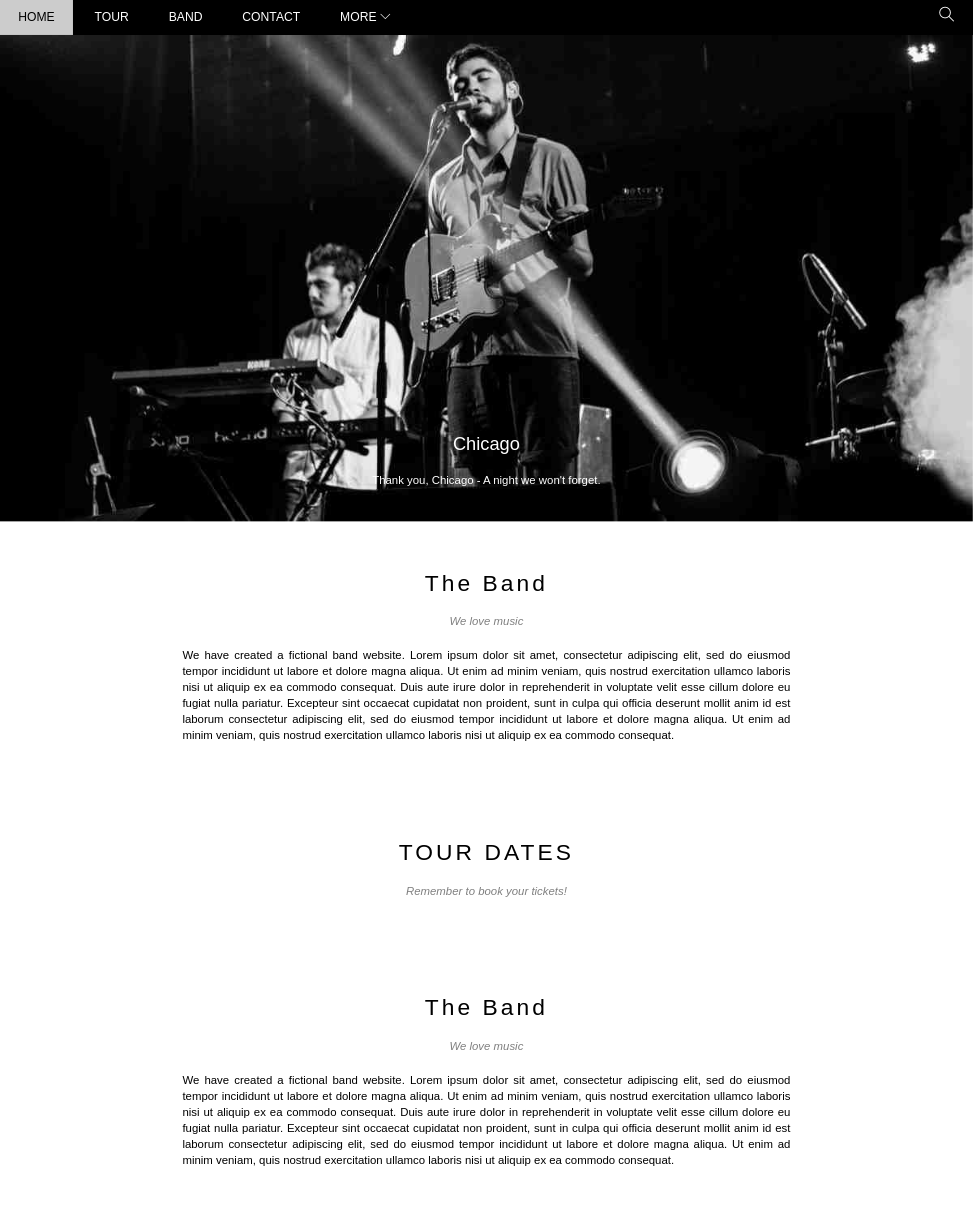
Repository: ducvui2003/LTCB
Page: index.html
The author's editor kept a copy of each file at every save. The page is drawn from the files as they stood at one save, then again after the next save.
The browser window is 1280 px wide. The pictures show the whole page, at 76% of full size.

Above is the page before, as saved 2022-01-07 19:33:31.

### index.html
<!DOCTYPE html>
<html lang="en">

<head>
    <meta charset="UTF-8">
    <meta http-equiv="X-UA-Compatible" content="IE=edge">
    <meta name="viewport" content="width=device-width, initial-scale=1.0">
    <title>The Band W3_School</title>
    <link rel="stylesheet" href="./assest/Css/styles.css">
    <link rel="stylesheet" href="./assest/Fonts/themify-icons-font (1)/themify-icons/themify-icons.css">
</head>

<body>
    <div id="main">
        <!-- Begin: Header -->
        <div id="header">
            <!-- Begin: Nav -->
            <ul id="nav">
                <li>
                    <a href="">Home</a>
                </li>
                <li>
                    <a href="">Tour</a>
                </li>
                <li>
                    <a href="">Band</a>
                </li>
                <li>
                    <a href="">Contact</a>
                </li>
                <li>
                    <a href="">
                      More
                      <!-- icons -->
                      <i class="nav-arrow-down ti-angle-down"></i>
                    </a>
                    <ul class="subnav">
                        <li>
                            <a href="">Merchandise</a>
                        </li>
                        <li>
                            <a href="">Extras</a>
                        </li>
                        <li>
                            <a href="">Media</a>
                        </li>
                    </ul>
                </li>
            </ul>
            <!-- End: Nav -->
            <!-- Begin: Search button -->
            <div class="search-button">
                <i class="search-icon ti-search"></i>
            </div>
            <!-- End: Search button -->
        </div>
        <!-- End: Header -->

        <!-- Begin: Slides -->
        <div id="slides">
            <div class="text-content">
                <h2 class="text-heading">Chicago</h2>
                <div class="text-paragraph">Thank you, Chicago - A night we won't forget.
                </div>
            </div>
        </div>
        <!-- End: Slides -->

        <!-- Begin: Content -->
        <div id="content">

            <!-- About section -->
            <div class="content-section">
                <h1 class="section-heading">The Band</h1>
                <p class="section-sub-heading">We love music

                </p>
                <p class="content-text">We have created a fictional band website. Lorem ipsum dolor sit amet, consectetur adipiscing elit, sed do eiusmod tempor incididunt ut labore et dolore magna aliqua. Ut enim ad minim veniam, quis nostrud exercitation ullamco laboris nisi
                    ut aliquip ex ea commodo consequat. Duis aute irure dolor in reprehenderit in voluptate velit esse cillum dolore eu fugiat nulla pariatur. Excepteur sint occaecat cupidatat non proident, sunt in culpa qui officia deserunt mollit anim
                    id est laborum consectetur adipiscing elit, sed do eiusmod tempor incididunt ut labore et dolore magna aliqua. Ut enim ad minim veniam, quis nostrud exercitation ullamco laboris nisi ut aliquip ex ea commodo consequat.</p>
            </div>

            <!-- Contact section -->
            <div class="content-section">
                <h1 class="section-heading">TOUR DATES</h1>
                <p class="section-sub-heading">Remember to book your tickets! </p>
            </div>

            <div class="content-section">
                <h1 class="section-heading">The Band</h1>
                <p class="section-sub-heading">We love music

                </p>
                <p class="content-text">We have created a fictional band website. Lorem ipsum dolor sit amet, consectetur adipiscing elit, sed do eiusmod tempor incididunt ut labore et dolore magna aliqua. Ut enim ad minim veniam, quis nostrud exercitation ullamco laboris nisi
                    ut aliquip ex ea commodo consequat. Duis aute irure dolor in reprehenderit in voluptate velit esse cillum dolore eu fugiat nulla pariatur. Excepteur sint occaecat cupidatat non proident, sunt in culpa qui officia deserunt mollit anim
                    id est laborum consectetur adipiscing elit, sed do eiusmod tempor incididunt ut labore et dolore magna aliqua. Ut enim ad minim veniam, quis nostrud exercitation ullamco laboris nisi ut aliquip ex ea commodo consequat.</p>
            </div>

        </div>
        <!-- End: Content -->
        <div id="footer"></div>
    </div>
</body>

</html>

### assest/Css/styles.css
* {
    padding: 0;
    margin: 0;
    box-sizing: border-box;
}

html {
    font-family: Arial, Helvetica, sans-serif;
}

#main {}

#header {
    position: fixed;
    top: 0;
    right: 0;
    left: 0;
    /* fixed đang nổi lên nó sẽ nhường vị trí cho div slides tiếp theo */
    height: 46px;
    background-color: black;
    z-index: 1;
    /* dùng để thêm vào thẻ fixed nhằm đẩy block lên trên các block khác theo chiều cao, giá trị là 0, 1,... */
}

#nav {
    display: inline-block;
    /* display để thẻ nav chỉ dài đúng nội dung của nó thôi */
}

#nav,
.subnav {
    list-style: none;
}

#nav>li {
    display: inline-block;
}

#nav li {
    position: relative;
}

#nav>li>a {
    color: white;
    text-transform: uppercase;
    /* chinh chu thuong thanh hoa */
}

#nav li a {
    text-decoration: none;
    line-height: 46px;
    padding: 0 24px;
    display: block;
}

#nav li:hover .subnav {
    display: block;
}

#nav>li:hover>a,
#nav .subnav li:hover a {
    background-color: #ccc;
    color: black;
}

#nav li:hover a {
    /* line-height: 46px; */
}

#nav .subnav {
    display: none;
    position: absolute;
    top: 46px;
    background-color: #fff;
    box-shadow: 0 0 10px rgba(0, 0, 0, 0.3);
}

#nav .subnav li a {
    color: black;
    padding: 0 16px;
    line-height: 38px;
    width: 160px;
}

#nav .nav-arrow-down {
    font-size: 14px;
}

#header .search-button {
    float: right;
    /* thẻ search-button là thẻ div, có tính kế thừa chiều ngang, nên khi float vào sẽ vô hiệu hoá tính kế thừa chiều ngang đó */
    line-height: 46px;
    padding: 0 24px;
}

#header .search-button:hover {
    background-color: #f44336;
    cursor: pointer;
    /* Dùng để thay đổi con trỏ chuột khi di vào */
}

#header .search-icon {
    color: white;
    font-size: 20px;
}

#slides {
    /* min-height: 1000px; */
    /* background-color: pink; */
    margin-top: 46px;
    padding-top: 50%;
    /* 50% chieu ngang cua chinh the do */
    background: url('/assest/Img/Slide1.jpg') top center / cover no-repeat;
    /* shorthand */
    position: relative;
}

#slides .text-content {
    position: absolute;
    bottom: 46px;
    left: 50%;
    /* Cách lề trái 50% chiều ngang */
    transform: translateX(-50%);
    /* Dùng để lùi thẻ theo trục X 50% chiều dài -> Mục đích kết hợp vs transform để căn giữa block */
    color: white;
    text-align: center;
    /* Dùng để căn giữa content, ko dùng để căn block */
    /* cách 2: Thêm width: 100% */
    /* /* cách 3 left: 0 right: 0; */
}

#slides .text-heading {
    font-weight: 500;
    /* dùng để điều chỉnh lại độ dày của chữ, giá trị từ 100-1000  */
    font-size: 24px;
    margin-bottom: 25px;
}

#slides .text-paragraph {
    font-size: 15px;
}

#content {}

#content .content-section {
    width: 800px;
    padding: 64px 0;
    margin-left: auto;
    margin-right: auto;
}

#content .section-heading {
    font-size: 30px;
    font-weight: 500;
    text-align: center;
    letter-spacing: 4px;
}

#content .section-sub-heading {
    font-size: 15px;
    text-align: center;
    margin-top: 25px;
    font-style: italic;
    opacity: 0.5;
}

#content .content-text {
    font-size: 15px;
    margin-top: 25px;
    text-align: justify;
    /* Can deu van ban */
    line-height: 1.4;
    /* Khoang cach giua 2 hang chu */
}

#footer {}

Loaded but not shown: assest/Fonts/themify-icons-font (1)/themify-icons/themify-icons.css (common file)

After the next save:
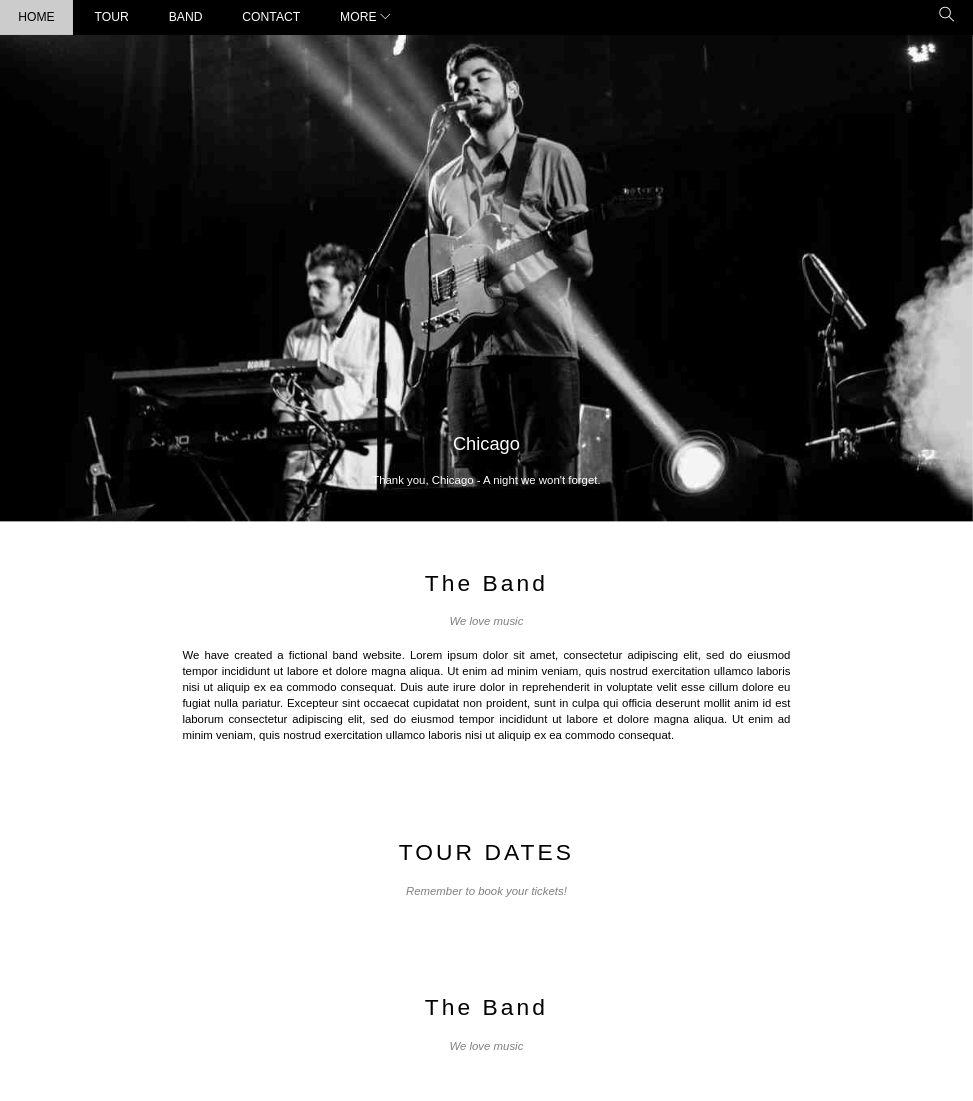
Saved 94 s later.
--- a/index.html
+++ b/index.html
@@ -80,20 +80,17 @@
                     id est laborum consectetur adipiscing elit, sed do eiusmod tempor incididunt ut labore et dolore magna aliqua. Ut enim ad minim veniam, quis nostrud exercitation ullamco laboris nisi ut aliquip ex ea commodo consequat.</p>
             </div>
 
-            <!-- Contact section -->
+            <!-- Tour section -->
             <div class="content-section">
                 <h1 class="section-heading">TOUR DATES</h1>
                 <p class="section-sub-heading">Remember to book your tickets! </p>
             </div>
 
+            <!-- Contact section -->
             <div class="content-section">
                 <h1 class="section-heading">The Band</h1>
-                <p class="section-sub-heading">We love music
+                <p class="section-sub-heading">We love music</p>
 
-                </p>
-                <p class="content-text">We have created a fictional band website. Lorem ipsum dolor sit amet, consectetur adipiscing elit, sed do eiusmod tempor incididunt ut labore et dolore magna aliqua. Ut enim ad minim veniam, quis nostrud exercitation ullamco laboris nisi
-                    ut aliquip ex ea commodo consequat. Duis aute irure dolor in reprehenderit in voluptate velit esse cillum dolore eu fugiat nulla pariatur. Excepteur sint occaecat cupidatat non proident, sunt in culpa qui officia deserunt mollit anim
-                    id est laborum consectetur adipiscing elit, sed do eiusmod tempor incididunt ut labore et dolore magna aliqua. Ut enim ad minim veniam, quis nostrud exercitation ullamco laboris nisi ut aliquip ex ea commodo consequat.</p>
             </div>
 
         </div>
